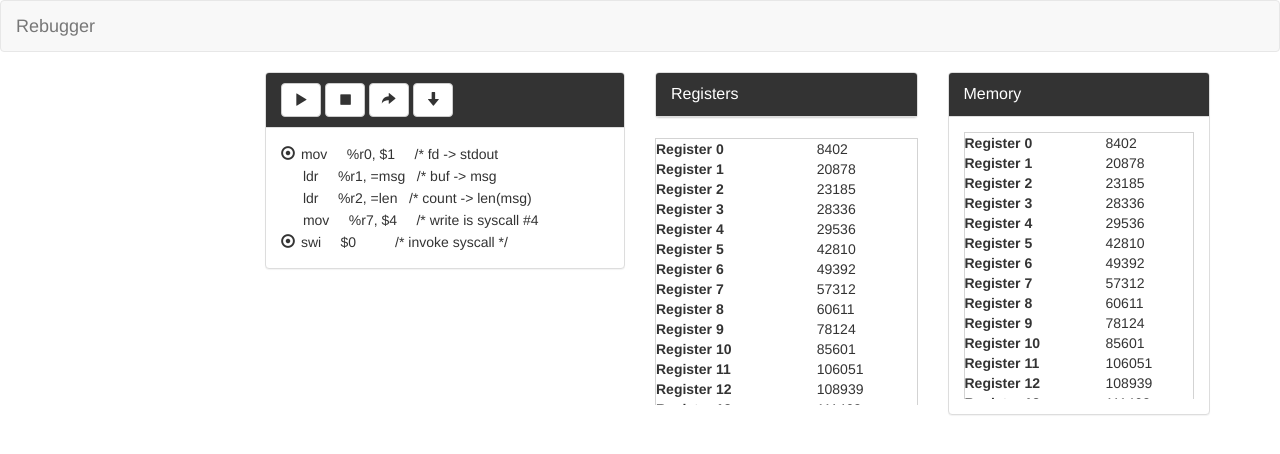
Repository: sadcyclops/Rebugger
Page: http://localhost/Rebugger/
The author's editor kept a copy of each file at every save. The page is drawn from the files as they stood at one save, then again after the next save.
The browser window is 1280 px wide. The pictures show the whole page.
Some web libraries are served in a nearby version. The page is served by Tomcat 9.

Above is the page before, as saved 2016-10-08 12:22:43.

After the next save:
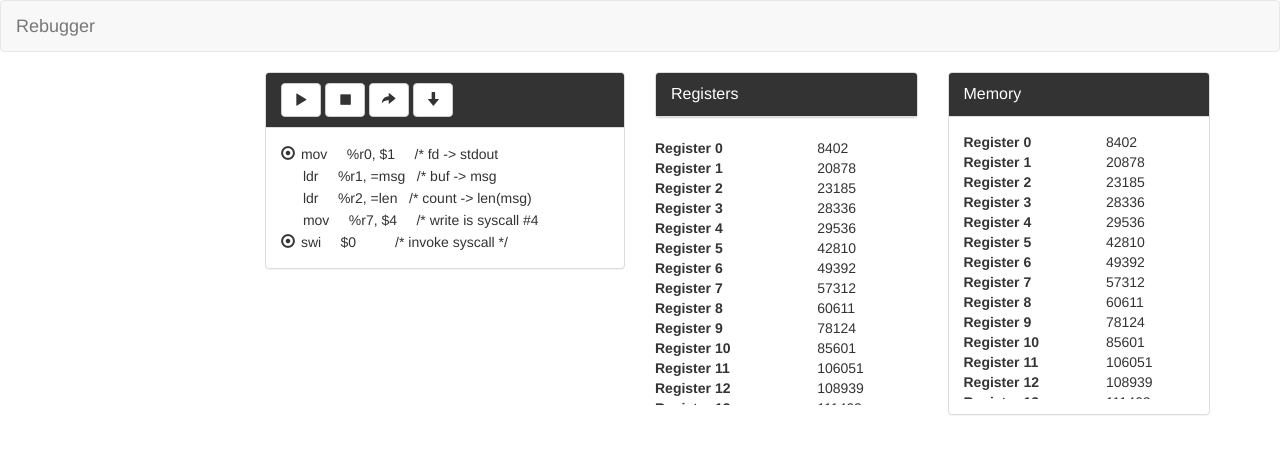
Saved 21 s later.
--- a/Rebugger/WebContent/css/sayeef.css
+++ b/Rebugger/WebContent/css/sayeef.css
@@ -1,6 +1,5 @@
 table {
     width:100%;
-    border: 1px solid lightgray;
 }
 
 .registerValues {
